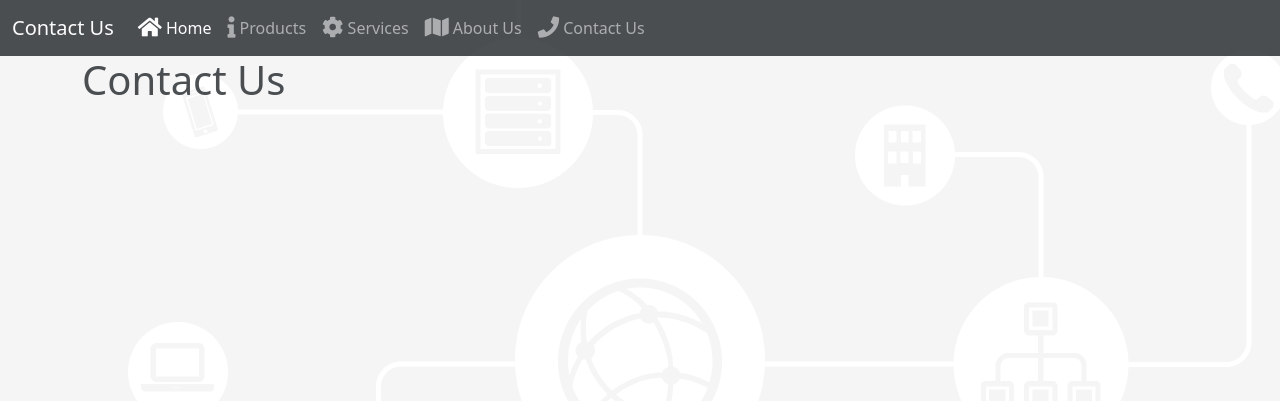
Repository: deividwsantoss/web6201-Lab1
Page: contact.html
These files come from the project's save history. The page is drawn as it stood at one moment and after the next save; the edit follows.
The browser window is 1280 px wide. The pictures show the whole page.

Above is the page before, as saved 2021-02-02 17:46:50.

### contact.html
<!DOCTYPE html>
<html lang="en">
<head>
    <meta charset="UTF-8">
    <meta name="viewport" content="width=device-width, initial-scale=1.0">
    <title>Contact Us</title>
</head>
<!-- CSS SECTION-->
<link rel="stylesheet" href="./node_modules/bootstrap/dist/css/bootstrap.min.css">
<link rel="stylesheet" href="./node_modules/@fortawesome/fontawesome-free/css/all.min.css">
<link rel="stylesheet" href="./Content/app.css">

<body class="contactimage">
    <!-- Main Header-->
    <header>
        <nav class="navbar navbar-expand-lg navbar-dark bg-dark">
            <div class="container-fluid">
              <a class="navbar-brand" href="Index.html">Contact Us</a>
              <button class="navbar-toggler" type="button" data-bs-toggle="collapse" data-bs-target="#navbarSupportedContent" aria-controls="navbarSupportedContent" aria-expanded="false" aria-label="Toggle navigation">
                <span class="navbar-toggler-icon"></span>
              </button>
              <div class="collapse navbar-collapse" id="navbarSupportedContent">
                <ul class="navbar-nav ml-auto mb-2 mb-lg-0">
                  <li class="nav-item">
                    <a class="nav-link active" aria-current="page" href="Index.html"><i class="fas fa-home fa-lg"></i> Home</a>
                  </li>
                  <li class="nav-item">
                    <a class="nav-link" aria-current="page" href="products.html"><i class="fas fa-info fa-lg"></i> Products</a>
                  </li>
                  <li class="nav-item">
                    <a class="nav-link" aria-current="page" href="services.html"><i class="fas fa-cog fa-lg"></i> Services</a>
                  </li>
                  <li class="nav-item">
                    <a class="nav-link" aria-current="page" href="about.html"><i class="fas fa-map fa-lg"></i> About Us</a>
                  </li>
                  <li class="nav-item">
                    <a class="nav-link" aria-current="page" href="contact.html"><i class="fas fa-phone fa-lg"></i> Contact Us</a>
                  </li>

                </ul>

              </div>
            </div>
          </nav>

    </header>


    <!-- Main Content-->
        <main class="container">
            <h1>Contact Us</h1>
        </main>

    <!--- Script Section-->
    <script src="./node_modules/jquery/dist/jquery.min.js"></script>
    <script src="./node_modules/bootstrap/dist/js/bootstrap.bundle.min.js"></script>
    <script src="./Scripts/app.js"></script>
</body>

</html>

### Content/app.css
/* Custom CSS goes here */
body,html{
    height: 100%;
    margin: 0;
}
.bg{
    background-image: url("Background-White.jpg");
    background-repeat: no-repeat;
    background-size: cover;
    background-position: center;
    opacity: 0.8;
}

.contactimage{
    background-image:url("contactimg.jpg");
    background-repeat: no-repeat;
    background-size: cover;
    background-position: center;
    opacity: 0.8;
}
.productsbg {
    background-image:url("productsbg.jpg");
    background-repeat: no-repeat;
    background-size: cover;
    background-position: center;
    opacity: 0.8;
}

.servicesbackgroud{
    background-image:url("services.jpg");
    background-repeat: no-repeat;
    background-size: cover;
    background-position: center;
    opacity: 0.8;
}
.aboutus{
    background-image:url("bgimage.jpg");
    background-repeat: no-repeat;
    background-size: cover;
    background-position: center;
    opacity: 0.8;
}

### Scripts/app.js
/* Custom JavaScript goes here */



(function(){

    function displayHome(){
        let paragraphOneText = "Welcome to DeRa Development. ";
        let paragraphOneElement = document.getElementById("paragraphOne");

        //let paragraphOneParagraph = document.getElementsByTagName("p")[0];
        //let paragraphOneQuery = document.querySelector("p");
        //let paragraphOneQuerys = document.querySelectorAll("p")[0];

        paragraphOneElement.textContent = paragraphOneText;
        paragraphOneElement.className = "fs-5";

        //SECOND METHOD
        //Step 1. document.createElement
        let newParagraph = document.createElement("p");
        //configure the element
        newParagraph.setAttribute("id", "paragraphTwo");
        newParagraph.textContent = "... And this is Paragraph Two";
        //step 3. Select the parent element
        let mainContent = document.getElementsByTagName("main")[0];
        //step 4. Add / Insert the element
        mainContent.appendChild(newParagraph);

        newParagraph.className = "fs-5";

    }
    function displayAbout(){

    }
    function displayServices(){

    }
    function displayProducts(){

    }
    function displayContact(){

    }

function Start(){

    console.log("App Started...");
    switch(document.title)
    {
        case 'Home':
            displayHome();
            break;
        case 'About':
            displayAbout();
            break;
        case 'Projects':
            displayProjects();
            break;
        case 'Services':
            displayServices();
            break;
        case 'Contact':
            displayContact();
            break;
    }
}

})();

Loaded but not shown: node_modules/bootstrap/dist/css/bootstrap.min.css (library); node_modules/@fortawesome/fontawesome-free/css/all.min.css (library); node_modules/jquery/dist/jquery.min.js (library); node_modules/bootstrap/dist/js/bootstrap.bundle.min.js (library)

After the next save:
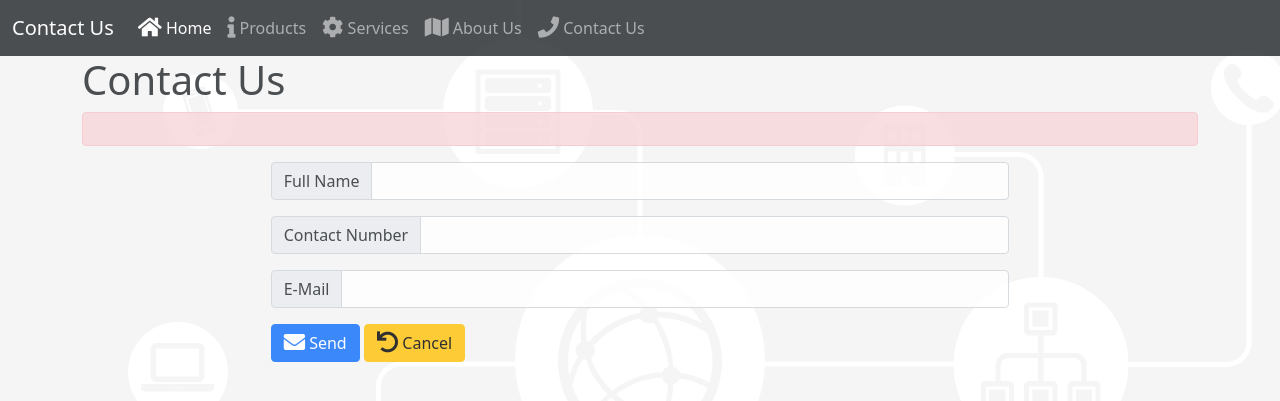
Saved 6 min 43 s later.
--- a/contact.html
+++ b/contact.html
@@ -47,9 +47,38 @@
 
 
     <!-- Main Content-->
-        <main class="container">
-            <h1>Contact Us</h1>
-        </main>
+    <main class="container">
+      <h1>Contact Us</h1>
+      <div id="messageArea" class="alert alert-danger" role="alert"></div>
+
+      </div>
+
+
+        <div class="row justify-content-lg-center g-3" >
+        <form class="col-lg-8 col-md-8 col-sm-10">
+
+
+          <div class="input-group mb-3">
+            <span class="input-group-text" id="inputGroup-sizing-default">Full Name</span>
+            <input id="fullName" type="text" class="form-control" aria-label="Full Name" aria-describedby="Full Name Input" name="fullName" required>
+          </div>
+
+          <div class="input-group mb-3">
+            <span class="input-group-text" id="inputGroup-sizing-default">Contact Number</span>
+            <input id="contactNumber" type="tel" class="form-control" aria-label="Full Name" aria-describedby="Full Name Input" name="contactNumber" required>
+          </div>
+
+          <div class="input-group mb-3">
+            <span class="input-group-text" id="inputGroup-sizing-default">E-Mail</span>
+            <input id="emailAddress" type="email" class="form-control" aria-label="E-mail Address" aria-describedby="Email Address Input" name="contactNumber" required>
+          </div>
+
+          <button id="sendButton" type="submit" class="btn btn-primary"><i class="fas fa-envelope fa-lg"></i>  Send</button>
+          <button id="resetButton" type="reset" class="btn btn-warning"><i class="fas fa-undo fa-lg"></i>  Cancel</button>
+        </form>
+      </div>
+    </main>
+
 
     <!--- Script Section-->
     <script src="./node_modules/jquery/dist/jquery.min.js"></script>
